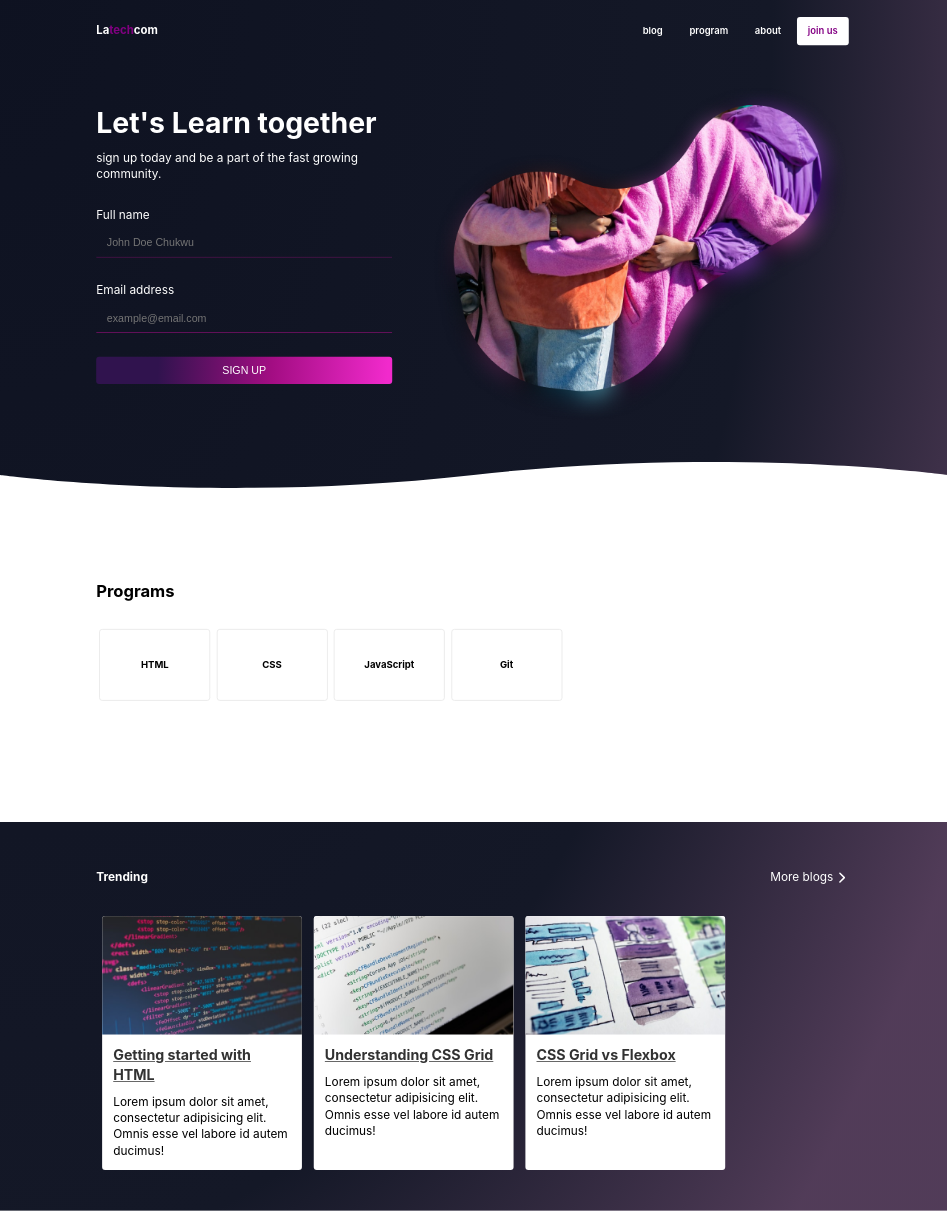
Repository: giprim/community
Page: /
An editor plug-in stored every save of this project. The page is shown before and after the next save, followed by the edit.
The browser window is 1280 px wide. The pictures show the whole page, at 74% of full size.
The project was rebuilt for these pictures with package versions that can differ from the ones it lists, and the page was loaded fresh each time. Also part of the build but not shown: src/App.css.

Above is the page before, as saved 2020-10-25 23:14:41.

### src/index.css
* {
  padding: 0;
  margin: 0;
  box-sizing: border-box;
  line-height: 140%;
}

html {
  scroll-behavior: smooth;
}

body {
  font-family: -apple-system, BlinkMacSystemFont, "Segoe UI", "Roboto", "Oxygen",
    "Ubuntu", "Cantarell", "Fira Sans", "Droid Sans", "Helvetica Neue",
    sans-serif;
  -webkit-font-smoothing: antialiased;
  -moz-osx-font-smoothing: grayscale;

  background: radial-gradient(
      115.04% 150.55% at 0% -2.74%,
      #0e1221 0%,
      #141827 70.94%,
      #1d0126c4 100%
    )
    no-repeat;

  height: 100%;
}

code {
  font-family: source-code-pro, Menlo, Monaco, Consolas, "Courier New",
    monospace;
}

### src/App.tsx
import styled from "@emotion/styled";
import React from "react";
import "./App.css";
import Banner from "./components/Banner";
import BlogCard from "./components/BlogCard";
import Navbar from "./components/Navbar";
import Programs from "./components/Programs";
import whiteBg from "./images/whitebg.svg";

import startHtml from "./images/starthtml.png";
import cssgrid from "./images/cssgrid.png";
import flexbox from "./images/flexbox.png";
import { Link } from "react-router-dom";
import { ChevronRight } from "react-feather";

let text = `Lorem ipsum dolor sit amet, consectetur adipisicing elit. Omnis esse vel labore id autem ducimus!`;

let data = [
  {
    title: "Getting started with HTML",
    image: startHtml,
    text: text,
  },
  {
    title: "Understanding CSS Grid",
    image: cssgrid,
    text: text,
  },
  {
    title: "CSS Grid vs Flexbox",
    image: flexbox,
    text: text,
  },
];

function App() {
  return (
    <StyledFluidContainer>
      <StyledContainer>
        <Navbar />
        <Banner />
      </StyledContainer>
      <div className='whitebg'>
        <StyledContainer id='program'>
          <Programs />
        </StyledContainer>
      </div>

      <StyledContainer>
        <StyledTrending>
          <h4>Trending</h4>

          <Link to='/blog'>
            <span>More blogs</span> <ChevronRight />
          </Link>
        </StyledTrending>
        <StyledBlogGrid>
          {data.map(({ title, image, text }) => (
            <BlogCard key={title} image={image} clue={text} title={title} />
          ))}
        </StyledBlogGrid>
      </StyledContainer>
    </StyledFluidContainer>
  );
}

export default App;

export const StyledContainer = styled("div")<{ onPadding?: boolean }>`
  margin: 0 auto;
  max-width: 380px;
  padding: ${({ onPadding }) => (onPadding ? "0px" : "15px")};
  @media (min-width: 700px) {
    max-width: 520px;
  }
  @media (min-width: 1000px) {
    max-width: 1050px;
  }
`;

const StyledFluidContainer = styled("div")`
  width: 100%;

  .whitebg {
    background: url(${whiteBg}) no-repeat;
    background-size: cover;
    padding: 9em 0;
  }
`;

const StyledBlogGrid = styled("div")`
  padding: 2em 0em;
  overflow-x: auto;
  display: flex;
  flex-direction: row;
`;

const StyledTrending = styled("div")`
  padding-top: 3em;
  display: flex;
  justify-content: space-between;
  align-items: center;
  * {
    color: #fff;
  }

  a {
    display: flex;
    align-items: center;
    text-decoration: none;
    :hover {
      text-decoration: underline;
    }
  }
`;

### src/components/Banner.tsx
import React, { useEffect, useState } from "react";
import styled from "@emotion/styled";
import desktopImg from "../images/desktopBanner.png";
import mobileImg from "../images/bannerMobile.png";
import { StyledContainer } from "../App";
const Banner: React.FC = () => {
  const [mobile, setmobile] = useState(false);
  useEffect(() => {
    windowWidth();
  }, []);
  let windowWidth = () => {
    let win = window.innerWidth;
    if (win < 768) setmobile(true);
    else setmobile(false);
  };
  window.addEventListener("resize", windowWidth);

  return (
    <StyledBanner>
      <div className='caption'>
        <h2>Let's Learn together</h2>
        <p>sign up today and be a part of the fast growing community.</p>

        <form>
          <div className='inputbox'>
            <label htmlFor='fullname'>Full name</label>
            <input
              required
              id='fullname'
              type='text'
              placeholder='John Doe Chukwu'
            />
          </div>
          <div className='inputbox'>
            <label htmlFor='email'>Email address</label>
            <input
              required
              id='email'
              type='email'
              placeholder='example@email.com'
            />
          </div>
          <div className='inputbox'>
            <input type='submit' value='SIGN UP' />
          </div>
        </form>
      </div>

      <div>
        {mobile ? (
          <img src={mobileImg} alt='imagemobile' />
        ) : (
          <img src={desktopImg} alt='imagedesktop' />
        )}
      </div>
    </StyledBanner>
  );
};

export default Banner;

const StyledBanner = styled("div")`
  display: flex;
  justify-content: space-between;
  align-items: center;
  color: white;
  flex-wrap: wrap-reverse;
  padding-top: 2em;
  padding-bottom: 2em;

  h2 {
    font-size: 2em;
    margin-bottom: 0.2em;
  }
  p {
    max-width: 400px;
  }

  img {
    width: 100%;
    position: relative;
    left: 0;
    right: 0;
    /* margin-left: -15px; */
  }

  .caption {
    max-width: 400px;
  }

  .inputbox {
    margin: 2rem auto;

    label,
    input {
      display: block;
      width: 100%;
    }

    input {
      padding: 0.6em 1em;
      background: none;
      border: none;
      border-bottom: 1px #a30d83 solid;
      color: #fff;
      margin-top: 0.6em;
      margin-bottom: 0.3em;
      font-size: 0.9rem;
      transition: 0.073s ease-in;
      border-radius: 4px 4px 0 0;
      :hover,
      :focus {
        background: #ffffff13;
        border: none;
        border-radius: 4px;
      }
    }
  }
  input[type="submit"] {
    background: linear-gradient(
      93.1deg,
      #30134e 21%,
      #a30d83 59.35%,
      #f12acc 98.27%
    );
    border-radius: 4px;
    transition: 0.273s ease-in;
    border: none;
    :hover {
      background: #30134e;
    }
  }

  @media (min-width: 768px) {
    h2 {
      font-size: 2.4em;
    }
    .caption {
      padding: 0;
    }

    img {
      width: 100%;
    }
  }
`;

### src/components/BlogCard.tsx
import React from "react";
import styled from "@emotion/styled";

interface IBlogCard {
  image: any;
  title: string;
  clue: string;
}

const BlogCard: React.FC<IBlogCard> = ({ image, title, clue }) => {
  return (
    <StyledCard>
      <img src={image} alt={title} />
      <div>
        <h4>{title}</h4>
        <p>{clue}</p>
      </div>
    </StyledCard>
  );
};

export default BlogCard;

const StyledCard = styled("div")`
  width: 100%;
  display: inline-block;
  overflow: hidden;
  background: white;
  border-radius: 4px;
  padding-bottom: 15px;
  margin: 0.5em;
  flex-basis: 270px;
  flex-shrink: 0;
  img {
    width: 100%;
    height: 160px;
    object-fit: cover;
    object-position: center;
  }
  div {
    padding: 0 15px;
    h4 {
      font-size: 1.2rem;
      color: #323232;
      padding: 10px 0;
      text-decoration: underline;
    }
  }
`;

### src/components/Navbar.tsx
import React, { useState } from "react";
import styled from "@emotion/styled";
import { NavLink } from "react-router-dom";
import { HashLink } from "react-router-hash-link";
import { Menu } from "react-feather";

const Navbar = () => {
  const [visible, setVisible] = useState(false);
  return (
    <StyledNav>
      <NavLink to='/'>
        <Logo>
          La<span>tech</span>com
        </Logo>
      </NavLink>

      <MenuButton onClick={() => setVisible((prev) => !prev)}>
        <Menu />
      </MenuButton>
      <LinkSection show={visible}>
        <li>
          <NavLink to='/blog'>blog</NavLink>
        </li>
        <li>
          <HashLink to='/#program'>program</HashLink>
        </li>
        <li>
          <NavLink to='/about'>about</NavLink>
        </li>
        <li>
          <NavLink to='/signup'>join us</NavLink>
        </li>
      </LinkSection>
    </StyledNav>
  );
};

export default Navbar;

const StyledNav = styled("div")`
  font-size: 0.8rem;
  display: flex;
  flex-wrap: wrap;
  justify-content: space-between;
  margin-bottom: 1rem;
  vertical-align: middle;
  div {
    height: 100%;
  }
  a {
    text-decoration: none;
  }
`;

const Logo = styled("h3")`
  font-size: 1.2em;
  padding: 15px 0;
  color: white;
  span {
    color: purple;
  }
`;

const LinkSection = styled("ul")<any>`
  display: ${(props) => (props.show ? "block" : "none")};
  width: 100%;
  margin-top: 15px;
  transition: 0.23s linear;
  li {
    list-style: none;
    a {
      background: #840084;
      text-decoration: none;
      display: block;
      text-align: center;
      padding: 10px 5px;
      color: white;
      font-weight: 600;
      transition: 0.23s ease-out;
      :hover {
        background: #520052;
      }
    }
    :last-child {
      a {
        background: #ffffff;
        color: #840084;
        :hover {
          background: #ffffff99;
        }
      }
    }
  }
  @media (min-width: 834px) {
    display: inline-flex;
    width: auto;
    margin-top: 8px;
    li {
      a {
        background: #ffffff00;
        padding: 10px 15px;
        border-radius: 4px;
        margin: 0 3px;
        :hover {
          background: #840084;
        }
      }
    }
  }
`;

const MenuButton = styled("button")`
  display: none;
  border: none;
  border: 1px #ffffff55 solid;
  border-radius: 4px;
  background: #ffffff00;
  color: white;
  font-size: 1.1em;
  margin-top: 10px;
  padding: 5px 15px;
  line-height: 100%;
  transition: 0.23s ease-out;
  @media (max-width: 834px) {
    display: inline;
    :hover {
      background: #ffffffaa;
    }
  }
`;

### src/components/Programs.tsx
import React from "react";
import styled from "@emotion/styled";

const Programs: React.FC = () => {
  return (
    <StyledProgram>
      <h4>Programs</h4>

      <div className='flex'>
        <div>
          <h6>HTML</h6>
        </div>
        <div>
          <h6>CSS</h6>
        </div>
        <div>
          <h6>JavaScript</h6>
        </div>
        <div>
          <h6>Git</h6>
        </div>
      </div>
    </StyledProgram>
  );
};

export default Programs;

const StyledProgram = styled("div")`
  h4 {
    font-size: 1.4rem;
  }
  .flex {
    display: flex;
    flex-wrap: wrap;
    justify-content: safe;
    padding-top: 2em;
    div {
      font-size: 1.2rem;
      margin: 0.22em;
      width: 100%;
      max-width: 150px;
      display: flex;
      border: 1px #e5e5e5 solid;
      padding: 2em;
      border-radius: 4px;
      background: white;
      justify-content: center;
      align-items: center;
    }
  }
`;

### src/components/Footer.tsx
import styled from '@emotion/styled';
import React from 'react';
import { Link } from 'react-router-dom';
import { StyledContainer } from '../App';

const Footer = () => {
  return (
    <StyledFooter>
      <StyledContainer>
        <div className='flex'>
          <ul>
            <li>
              <Link to='/blog'>blog</Link>
            </li>
            <li>
              <Link to='/about'>about</Link>
            </li>
            <li>
              <Link to='/programs'>programs</Link>
            </li>
          </ul>
        </div>
      </StyledContainer>
    </StyledFooter>
  );
};

export default Footer;

const StyledFooter = styled('div')`
  background: black;
`;

Loaded but not shown: public/index.html (common file); src/index.tsx (common file); src/reportWebVitals.ts (common file)

After the next save:
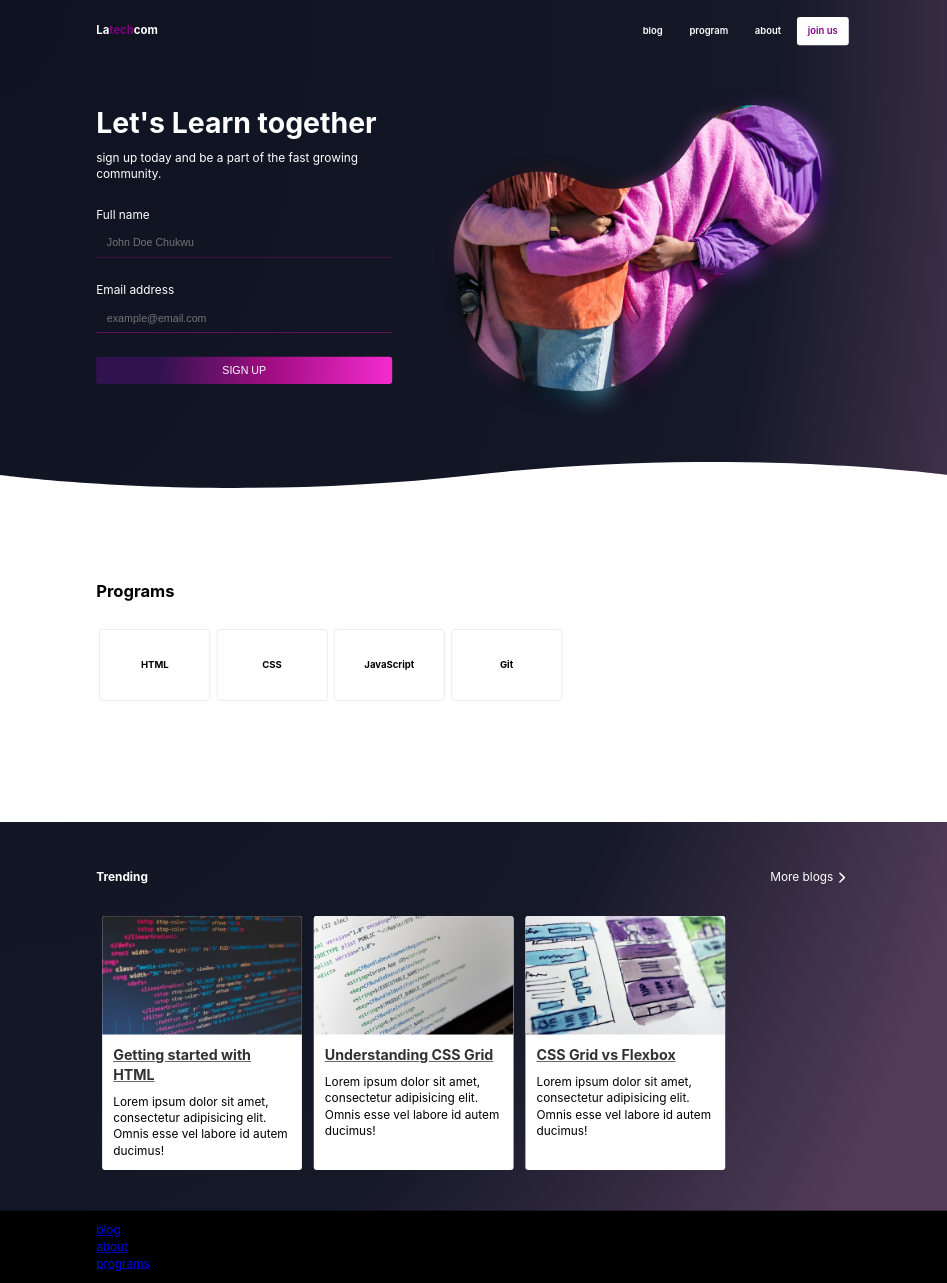
Saved 20 s later.
--- a/src/App.tsx
+++ b/src/App.tsx
@@ -1,33 +1,34 @@
-import styled from "@emotion/styled";
-import React from "react";
-import "./App.css";
-import Banner from "./components/Banner";
-import BlogCard from "./components/BlogCard";
-import Navbar from "./components/Navbar";
-import Programs from "./components/Programs";
-import whiteBg from "./images/whitebg.svg";
+import styled from '@emotion/styled';
+import React from 'react';
+import './App.css';
+import Banner from './components/Banner';
+import BlogCard from './components/BlogCard';
+import Navbar from './components/Navbar';
+import Programs from './components/Programs';
+import whiteBg from './images/whitebg.svg';
 
-import startHtml from "./images/starthtml.png";
-import cssgrid from "./images/cssgrid.png";
-import flexbox from "./images/flexbox.png";
-import { Link } from "react-router-dom";
-import { ChevronRight } from "react-feather";
+import startHtml from './images/starthtml.png';
+import cssgrid from './images/cssgrid.png';
+import flexbox from './images/flexbox.png';
+import { Link } from 'react-router-dom';
+import { ChevronRight } from 'react-feather';
+import Footer from './components/Footer';
 
 let text = `Lorem ipsum dolor sit amet, consectetur adipisicing elit. Omnis esse vel labore id autem ducimus!`;
 
 let data = [
   {
-    title: "Getting started with HTML",
+    title: 'Getting started with HTML',
     image: startHtml,
     text: text,
   },
   {
-    title: "Understanding CSS Grid",
+    title: 'Understanding CSS Grid',
     image: cssgrid,
     text: text,
   },
   {
-    title: "CSS Grid vs Flexbox",
+    title: 'CSS Grid vs Flexbox',
     image: flexbox,
     text: text,
   },
@@ -60,16 +61,17 @@ function App() {
           ))}
         </StyledBlogGrid>
       </StyledContainer>
+      <Footer />
     </StyledFluidContainer>
   );
 }
 
 export default App;
 
-export const StyledContainer = styled("div")<{ onPadding?: boolean }>`
+export const StyledContainer = styled('div')<{ onPadding?: boolean }>`
   margin: 0 auto;
   max-width: 380px;
-  padding: ${({ onPadding }) => (onPadding ? "0px" : "15px")};
+  padding: ${({ onPadding }) => (onPadding ? '0px' : '15px')};
   @media (min-width: 700px) {
     max-width: 520px;
   }
@@ -78,7 +80,7 @@ export const StyledContainer = styled("div")<{ onPadding?: boolean }>`
   }
 `;
 
-const StyledFluidContainer = styled("div")`
+const StyledFluidContainer = styled('div')`
   width: 100%;
 
   .whitebg {
@@ -88,14 +90,14 @@ const StyledFluidContainer = styled("div")`
   }
 `;
 
-const StyledBlogGrid = styled("div")`
+const StyledBlogGrid = styled('div')`
   padding: 2em 0em;
   overflow-x: auto;
   display: flex;
   flex-direction: row;
 `;
 
-const StyledTrending = styled("div")`
+const StyledTrending = styled('div')`
   padding-top: 3em;
   display: flex;
   justify-content: space-between;
